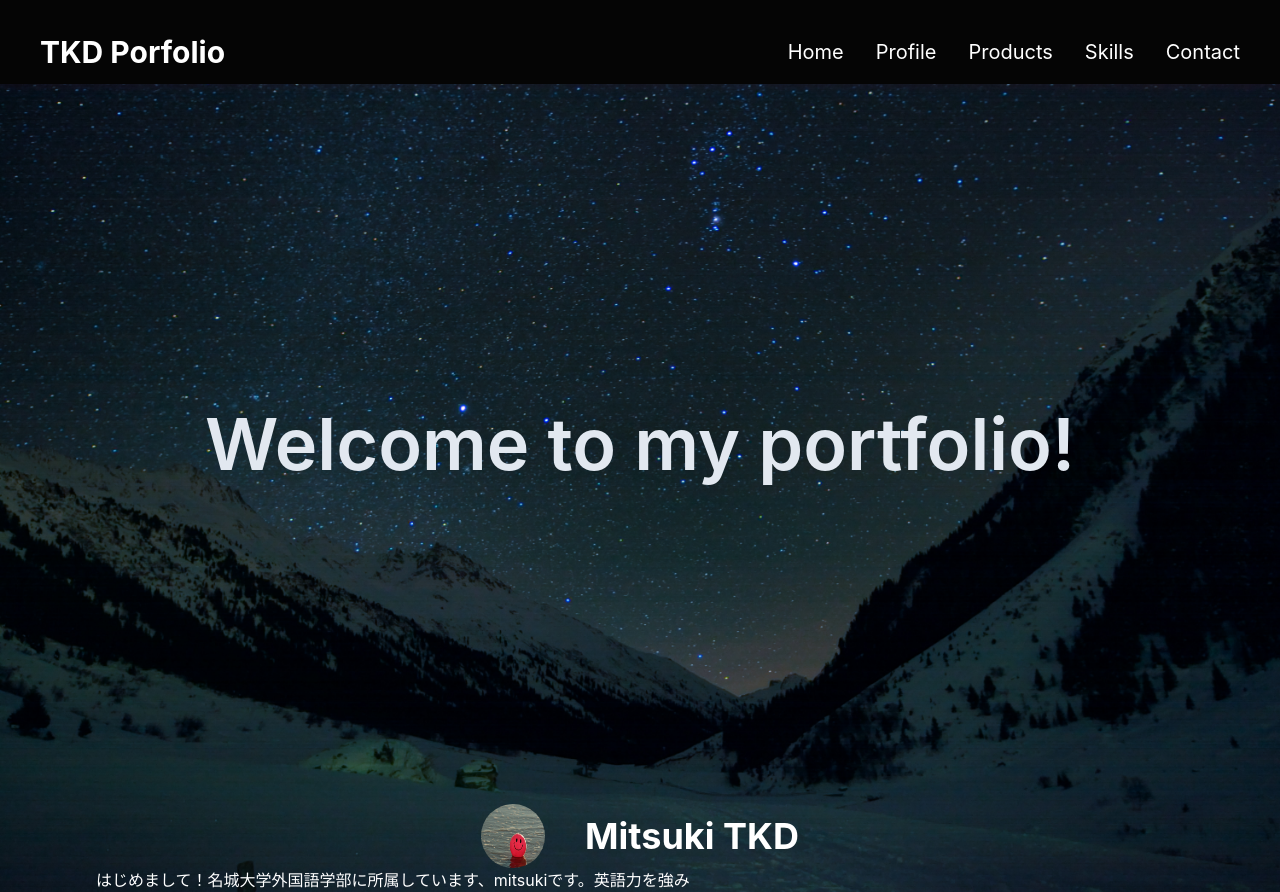
Repository: MitukiTakada/todo-aplication
Page: / (app in design/dev/react-tailwind/react-tailwind/)
These files come from the project's save history. The page is drawn as it stood at one moment and after a run of saves; the edit follows.
The browser window is 1280 px wide. The pictures show the whole page.
The project was rebuilt for these pictures with package versions that can differ from the ones it lists, and the page was loaded fresh each time. Also part of the build but not shown: design/dev/react-tailwind/react-tailwind/src/components/Contact.jsx, design/dev/react-tailwind/react-tailwind/src/components/Products.jsx, design/dev/react-tailwind/react-tailwind/src/components/Profile.jsx, design/dev/react-tailwind/react-tailwind/src/components/Skills.jsx.

Above is the page before, as saved 2022-11-19 15:06:06.

After the next 2 saves:
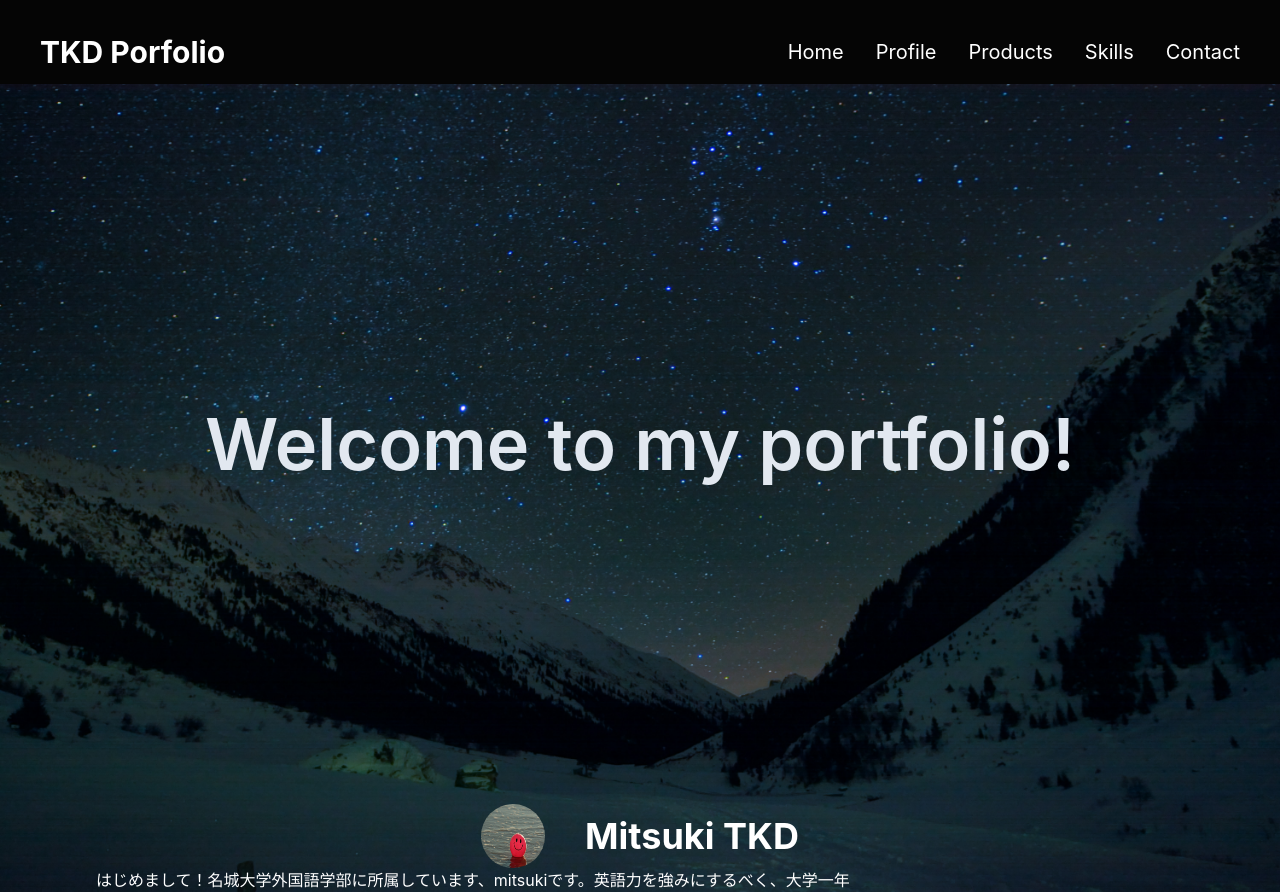
The 2 saves are shown as one change because they came seconds apart.
The last was saved 10 s later.
--- a/design/dev/react-tailwind/react-tailwind/src/components/Home.jsx
+++ b/design/dev/react-tailwind/react-tailwind/src/components/Home.jsx
@@ -16,7 +16,7 @@ const Home = () => {
         </div>
         <div>
           <p>
-            はじめまして！名城大学外国語学部に所属しています、mitsukiです。英語力を強み
+            はじめまして！名城大学外国語学部に所属しています、mitsukiです。英語力を強みにするべく、大学一年
           </p>
           <p></p>
           <p></p>
